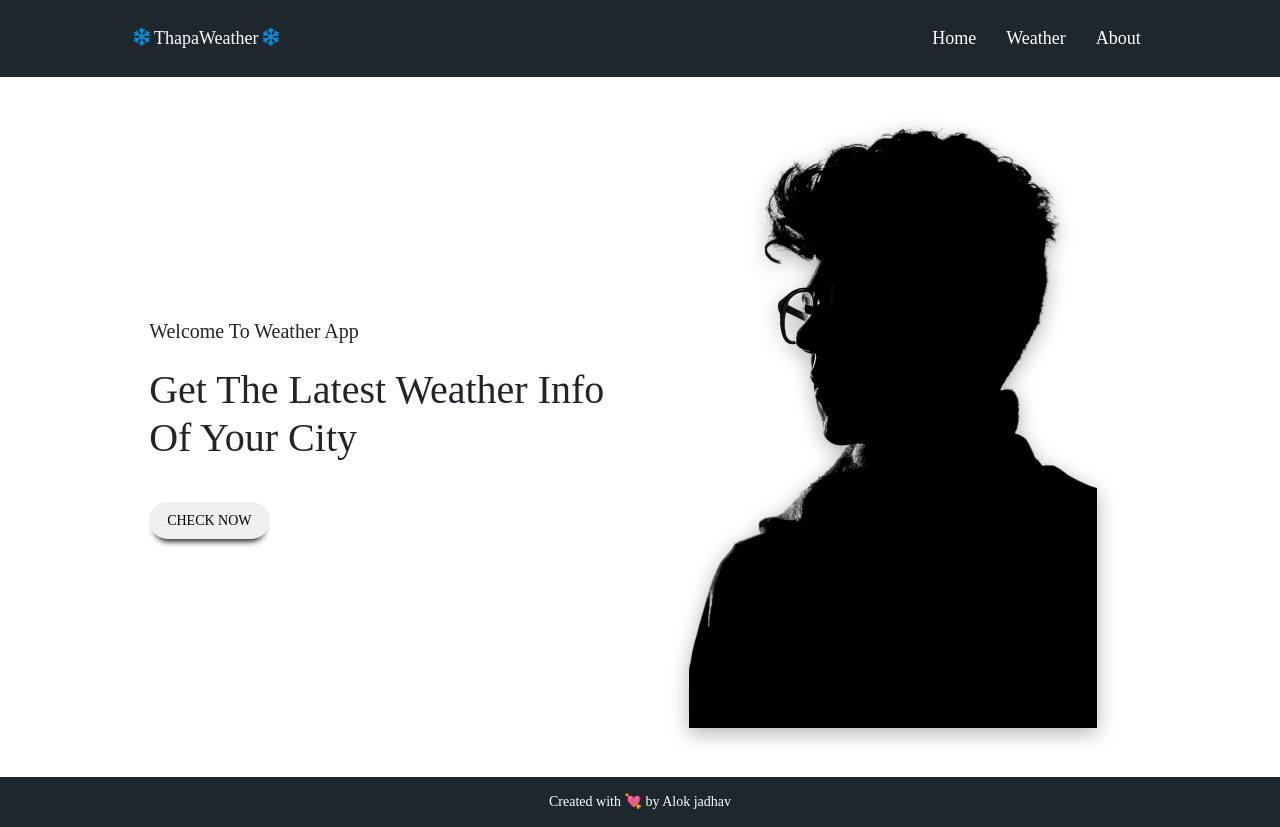
Repository: AalokJadhav/Weather_App
Page: public/about.html
The author's editor kept a copy of each file at every save. The page is drawn from the files as they stood at one save, then again after the next save.
The browser window is 1280 px wide. The pictures show the whole page.
Some web fonts or font styles are not loaded; a fallback is used. Some web libraries are served in a nearby version.

Above is the page before, as saved 2020-11-15 16:10:15.

After the next save:
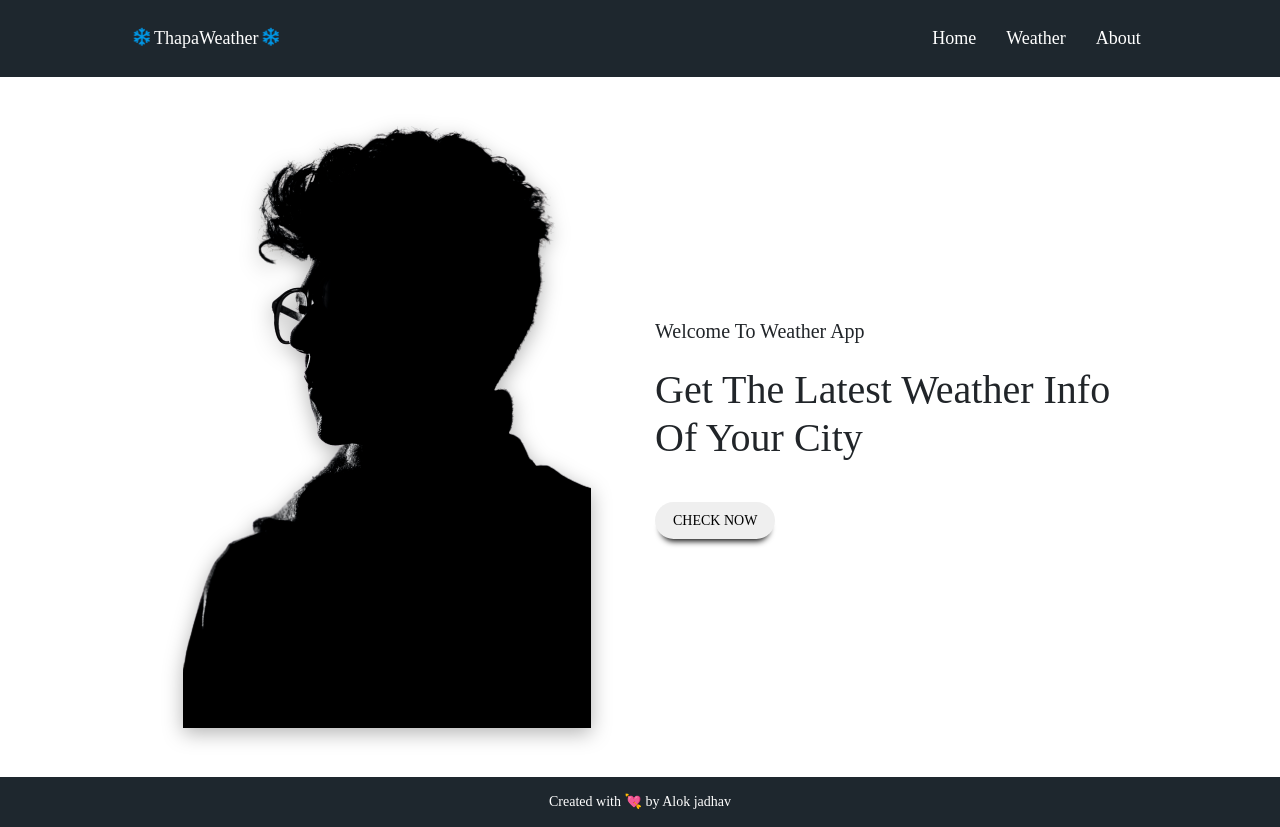
Saved 83 s later.
--- a/public/about.html
+++ b/public/about.html
@@ -64,6 +64,12 @@
             <div class="col-md-10 col-12 mx-auto">
                 <div class="row">
                     <!-- Left Side Div -->
+                    <div class="col-md-6 col-12 main_header_right">
+                        <figure>
+                            <img src="images/about.png" class="img-fluid" title="Alok">
+                        </figure>
+                    </div>
+
                     <div class="col-md-6 col-12 main_header_left">
                         <p> Welcome To Weather App</p>
                         <h1>Get the latest <span>Weather</span> info of your City</h1>
@@ -71,11 +77,6 @@
                     </div>
                     <!-- right Side Div -->
 
-                    <div class="col-md-6 col-12 main_header_right">
-                        <figure>
-                            <img src="images/about.png" class="img-fluid" title="Alok">
-                        </figure>
-                    </div>
                 </div>
             </div>
         </div>
